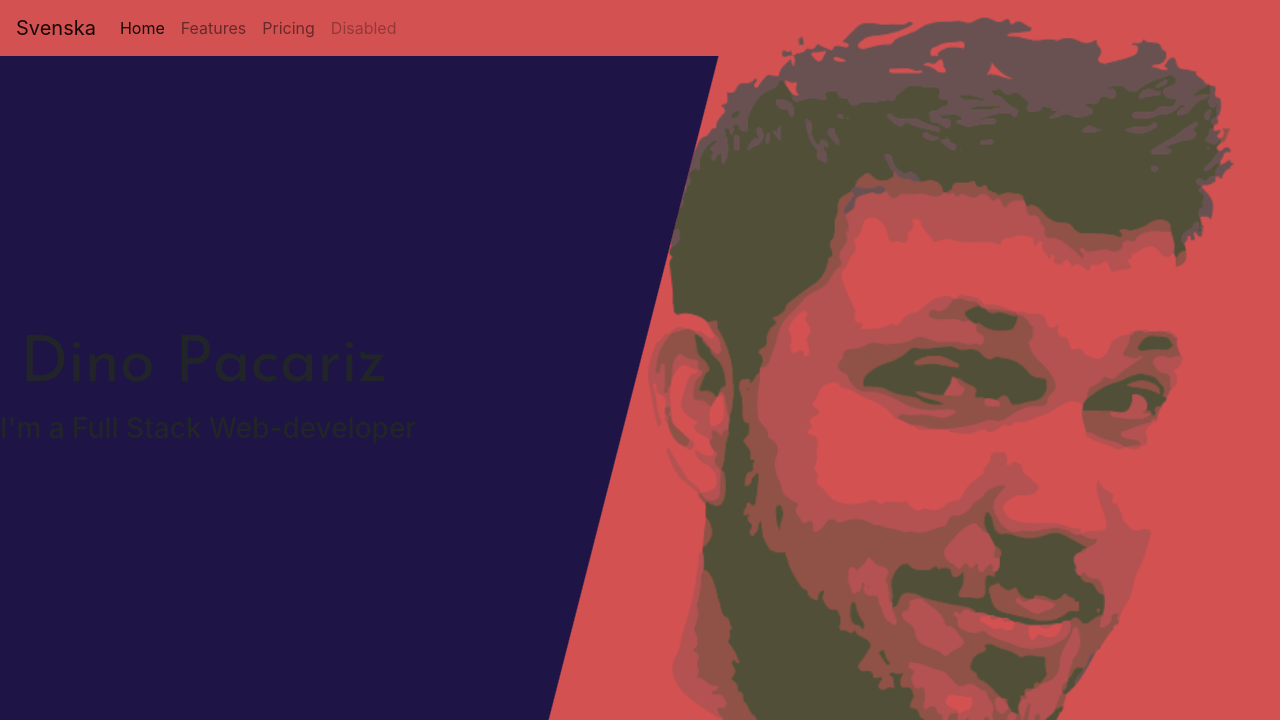
Repository: ImDino/Portfolio
Page: index.html
An editor plug-in stored every save of this project. The page is shown before and after a run of saves, followed by the edit.
The browser window is 1280 px wide. The pictures show the whole page.
Some web libraries are served in a nearby version. The style sheet was rebuilt from its Sass, Less or Tailwind sources for each picture, by a compiler version that may differ from the author's.

Above is the page before, as saved 2020-11-04 00:16:12.

### index.html
<!DOCTYPE html>
<html lang="en">
<head>
    <meta charset="UTF-8">
    <meta name="viewport" content="width=device-width, initial-scale=1.0">
    <link rel="stylesheet" href="https://cdn.jsdelivr.net/npm/bootstrap@4.5.3/dist/css/bootstrap.min.css" integrity="sha384-TX8t27EcRE3e/ihU7zmQxVncDAy5uIKz4rEkgIXeMed4M0jlfIDPvg6uqKI2xXr2" crossorigin="anonymous">
    <link href="https://fonts.googleapis.com/css2?family=Josefin+Sans&display=swap" rel="stylesheet">

    <script src="https://code.jquery.com/jquery-3.5.1.slim.min.js" integrity="sha384-DfXdz2htPH0lsSSs5nCTpuj/zy4C+OGpamoFVy38MVBnE+IbbVYUew+OrCXaRkfj" crossorigin="anonymous"></script>
    <script src="https://cdn.jsdelivr.net/npm/bootstrap@4.5.3/dist/js/bootstrap.bundle.min.js" integrity="sha384-ho+j7jyWK8fNQe+A12Hb8AhRq26LrZ/JpcUGGOn+Y7RsweNrtN/tE3MoK7ZeZDyx" crossorigin="anonymous"></script>
    <script src="https://cdnjs.cloudflare.com/ajax/libs/gsap/3.5.1/gsap.min.js"></script>
    <script src="/js/main.js"></script>


    <link rel="stylesheet" href="css/main.css">
    <title>Dino's Portfolio</title>
</head>
<body>
    <div id='pseudo-div'></div>
    <nav class="navbar navbar-expand-lg navbar-light bg-light">
        <!-- <a class="navbar-brand" href="#">Navbar</a> -->
        <a class="navbar-brand" id='lang' href="#">Svenska</a>
        <button class="navbar-toggler" type="button" data-toggle="collapse" data-target="#navbarNav" aria-controls="navbarNav" aria-expanded="false" aria-label="Toggle navigation">
          <span class="navbar-toggler-icon"></span>
        </button>
        <div class="collapse navbar-collapse" id="navbarNav">
          <ul class="navbar-nav">
            <li class="nav-item active">
              <a class="nav-link" href="#">Home <span class="sr-only">(current)</span></a>
            </li>
            <li class="nav-item">
              <a class="nav-link" href="#">Features</a>
            </li>
            <li class="nav-item">
              <a class="nav-link" href="#">Pricing</a>
            </li>
            <li class="nav-item">
              <a class="nav-link disabled" href="#" tabindex="-1" aria-disabled="true">Disabled</a>
            </li>
          </ul>
        </div>
    </nav>
    <div id='purple-div'>
        <h1>Dino Pacariz</h1>
        <h3>I'm a Full Stack Web-developer</h3>
    </div>
    <div id='face'>
        <img src="img/vectorFace.png" alt="">
    </div>
</body>
</html>

### js/main.js
document.addEventListener('DOMContentLoaded', () => {
    gsap.from("#purple-div", {duration: 1, x: -1000});
    gsap.from("#face", {duration: 1, opacity: 0});
    gsap.from("#face", {clearProps: 'all', duration: 1, x:100});
    TweenLite.from('#face', {y:20, ease:Linear.easeNone});

    // localStorage.clear()



    /*:::::::START:::::::::
    ::: Refresh Counter :::
    :::::::::::::::::::::*/

    if(localStorage.getItem('refreshCount') == null) {
        localStorage.setItem('refreshCount', 1);
    } else {
        let  localRefreshCount = localStorage.getItem('refreshCount')
        localRefreshCount++;
        localStorage.setItem('refreshCount', localRefreshCount);
    }
    if (parseInt(localStorage.getItem('refreshCount')) > 10) {
        localStorage.setItem('refreshCount', 1);
    }
    console.log('RefreshCount: '+localStorage.getItem('refreshCount'))


    /*::::::::END::::::::::
    ::: Refresh Counter :::
    :::::::::::::::::::::*/
})

### scss/main.scss


body {
    background-color: #D45151;

}

#pseudo-div {
    width: 100%;
    background-color: red;
}

.navbar {
    background-color: #D45151 !important;
}

#purple-div {
    padding-top: 60px;
    position: absolute;
    top: 0;
    bottom: 0;
    left: 0;
    right: 0;
    z-index: -1;
    background: linear-gradient(104.35deg, #1E1446 50%, rgba(255, 255, 255, 0) 50.1%);
    display: grid;
    place-content: center left;

    h1, h4 {
        margin-left: 20px;
        font-family: 'Josefin Sans', sans-serif;
        font-style: normal;
        font-weight: normal;
        font-size: 4em;
    }
}

#face {
    position: fixed;
    top: 0;
    bottom: 0;
    left: 0;
    right: 0;
    display: grid;

    mix-blend-mode: darken;

    img {
        margin-right: 2rem;
        width: 600px;
        justify-self: right;
        align-self: center;
    }
}



/* //TODO
1. Darkmode, ställa in särskilda färger IFALL man är i darkmode? UX baby.

*/

After the next 2 saves:
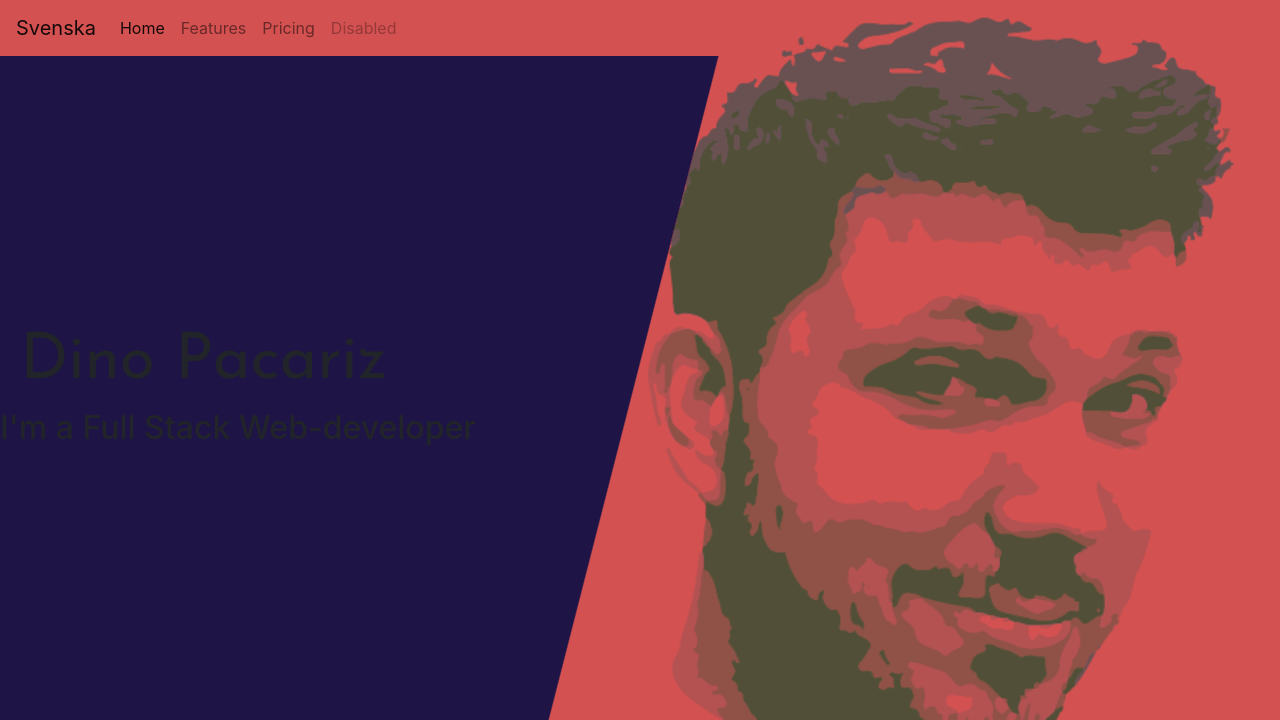
The 2 saves are shown as one change because they came seconds apart.
The last was saved 7 s later.
--- a/index.html
+++ b/index.html
@@ -42,7 +42,7 @@
     </nav>
     <div id='purple-div'>
         <h1>Dino Pacariz</h1>
-        <h3>I'm a Full Stack Web-developer</h3>
+        <h2>I'm a Full Stack Web-developer</h2>
     </div>
     <div id='face'>
         <img src="img/vectorFace.png" alt="">

After the save that followed:
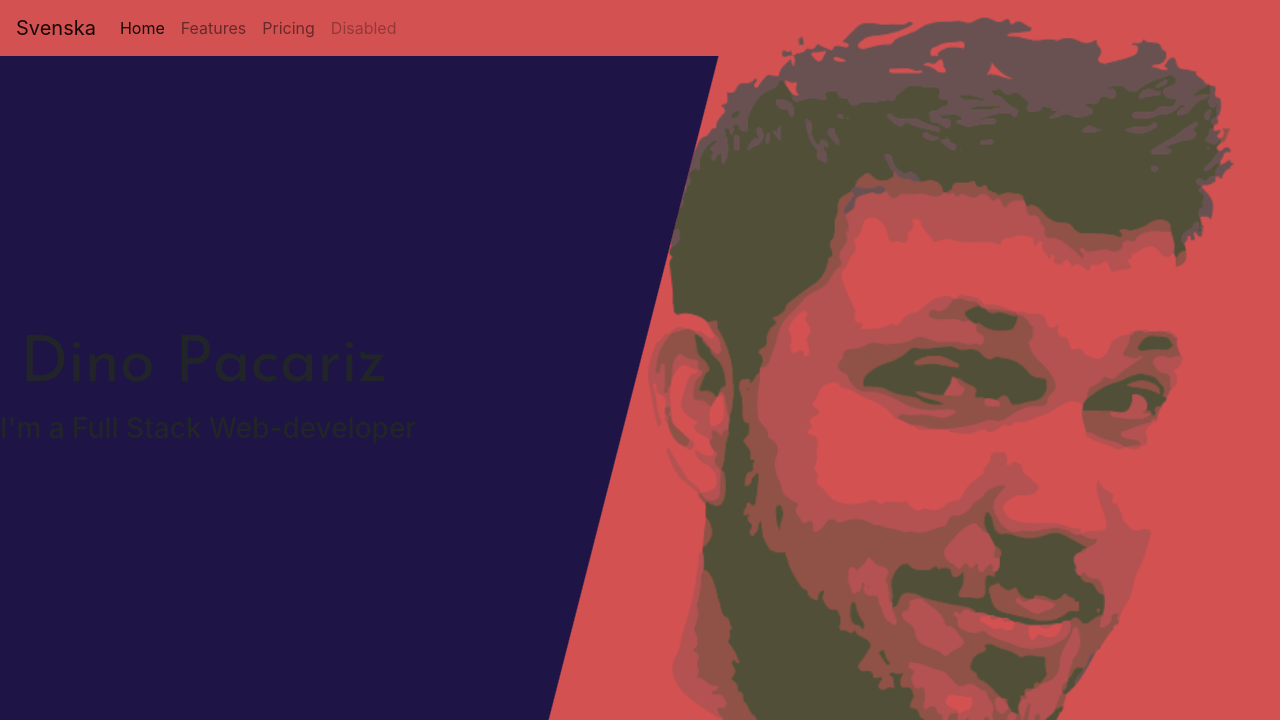
Saved 6 s later.
--- a/index.html
+++ b/index.html
@@ -41,8 +41,8 @@
         </div>
     </nav>
     <div id='purple-div'>
-        <h1>Dino Pacariz</h1>
-        <h2>I'm a Full Stack Web-developer</h2>
+        <h4>Dino Pacariz</h4>
+        <h3>I'm a Full Stack Web-developer</h3>
     </div>
     <div id='face'>
         <img src="img/vectorFace.png" alt="">
